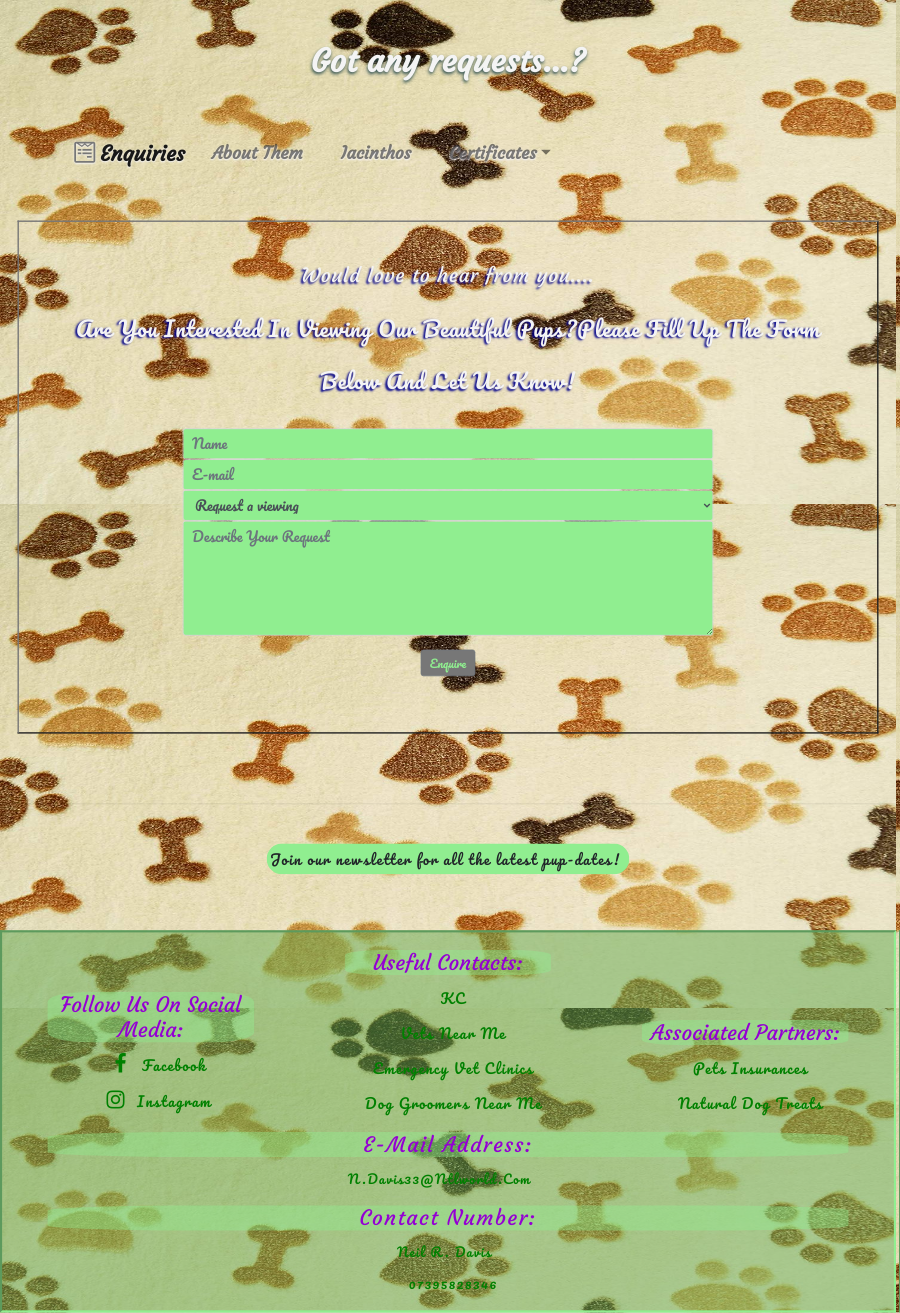
Repository: Code-Institute-Submissions/GeorgiosSklav-Iacinthos-blog
Page: request-form.html
The author's editor kept a record of every edit. The page is drawn from the files as they stood at one moment, then again after the next edit.
The browser window is 1280 px wide. The page is 1285 px wide, so the pictures cover 1285 px, including what lies to the right of the window. The pictures show the whole page, at 70% of full size.
Backgrounds fixed to the window are drawn as part of the page.

Above is the page before.

### request-form.html
<!DOCTYPE html>
<html lang="en">

<head>
    <meta charset="UTF-8">
    <meta name="viewport" content="width=device-width, initial-scale=1.0">
    <meta http-equiv="X-UA-Compatible" content="ie=edge">
    <link rel="stylesheet" href="https://stackpath.bootstrapcdn.com/bootstrap/4.3.1/css/bootstrap.min.css " integrity="sha384-ggOyR0iXCbMQv3Xipma34MD+dH/1fQ784/j6cY/iJTQUOhcWr7x9JvoRxT2MZw1T " crossorigin="anonymous ">
    <title>Iacinthos mini Poodles</title>
    <link rel="stylesheet" href="https://stackpath.bootstrapcdn.com/font-awesome/4.7.0/css/font-awesome.min.css" integrity="sha384-wvfXpqpZZVQGK6TAh5PVlGOfQNHSoD2xbE+QkPxCAFlNEevoEH3Sl0sibVcOQVnN" crossorigin="anonymous">
    <link rel="stylesheet" href="style.css" type="text/css" />
</head>

<body>
    <!--------------------------------------------------------Header-->
    <header class="container">
        <div class="row align-items-start homepage">
            <a href="index.html" class="col-12 logo">
                <h1>Got any requests...?</h1>
            </a>
        </div>
        <nav class="navbar navbar-light navbar-expand-sm">
            <a href="index.html" class="navbar-brand"><i class="fa fa-wpforms"></i>Enquiries</a>
            <button class="navbar-toggler ml-auto" type="button" data-toggle="collapse" data-target="#navbarNavDropdown" aria-controls="Toggle navigation">
            <span class="navbar-toggler-icon"></span></button>
            <div class="collapse navbar-collapse" id="navbarNavDropdown">
                <ul class="navbar-nav mt-auto mt-2 mt-lg-0">
                    <li class="nav-item item2 mr-2"><a class="nav-link" href="about-them.html">About Them</a></li>
                    <li class="nav-item mr-2"><a class="nav-link" href="index.html">Iacinthos</a></li>
                    <li class="nav-item dropdown">
                        <div class="nav-link dropdown-toggle" id="navbarDropdownMenuLink" role="button" data-toggle="dropdown" aria-haspopup="true" aria-expanded="false">
                            Certificates</div>
                        <div class="dropdown-menu" aria-labelledby="navbarDropdownMenuLink">
                            <a class="dropdown-item" href="certificate.html"><i class="fa fa-download"></i>Kennel Club</a>
                            <a class="dropdown-item" href="lineage.html"><i class="fa fa-download"></i>Blood-Lineage</a>
                        </div>
                    </li>
                </ul>
            </div>
        </nav>
    </header>
    <!----------------------------------------main-body-->
    <main>
        <div class="jumbotron-fluid about" id="frame">
            <section class="container-fluid">
                <div class="row about">
                    <div class="col">
                        <h3 class="about-title contact-heading text-center">Would love to hear from you....</h3>
                        <p class="contact capitalise">Are you interested in viewing our beautiful pups?Please fill up the form below and let us know!</p>
                        <div class="center-form">
                            <form>
                                <input type="text" name="name" id="fullname" class="form-control" placeholder="Name" required/>
                                <input type="email" name="email" id="emailaddress" class="form-control" placeholder="E-mail" required/>
                                <select class="form-control control">
                                    <option>Request a viewing</option>
                                    <option>Litter enquiries</option>
                                    <option>Other</option>
                                    </select>
                                <textarea rows="5" name="projectsummary" id="projectsummary" class="form-control" placeholder="Describe Your Request" required></textarea>
                                <div class="form-row text-center">
                                    <div class="col">
                                        <button type="submit" class="btn btn-secondary">Enquire</button>
                                    </div>
                                </div>
                            </form>
                        </div>
                    </div>
            </section>
            </div>
            <hr>
            <!------------------------------------------------ Modal -->
            <button type="button" class="btn btn-color" data-toggle="modal" data-target="#exampleModal">
  Join our newsletter for all the latest pup-dates!
</button>
            <div class="modal fade" id="exampleModal" tabindex="-1" role="dialog" aria-labelledby="exampleModalLabel" aria-hidden="true">
                <div class="modal-dialog" role="document">
                    <div class="modal-content">
                        <div class="modal-header">
                            <h5 class="modal-title" id="exampleModalLabel">Join our family with a flick of your paw!</h5>
                            <button type="button" class="close" data-dismiss="modal" aria-label="Close">
                     <span aria-hidden="true">&times;</span>
        </button>
                        </div>
                        <div class="modal-body">
                            <form class="modal-newsletter">
                                <div class="form-group ">
                                    <input type="email" class="form-control" id="InputEmail2" aria-describedby="emailHelp" placeholder="Your Woof-mail....">
                                </div>
                                <div class="form-group">
                                    <input type="password" class="form-control" id="InputPassword2" placeholder="....and a Woof-password">
                                </div>
                                <div class="form-group form-check">
                                    <input type="checkbox" class="form-check-input" id="exampleCheck1">
                                    <label class="form-check-label" for="Check1">Remember me</label>
                                </div>
                            </form>
                        </div>
                        <div class="modal-footer">
                            <button type="button" class="btn btn-danger" data-dismiss="modal">Close</button>
                            <button type="button" class="btn btn-info">Subscribe</button>
                        </div>
                    </div>
                </div>
            </div>
    </main>

    <!--------------------------------------------------footer-->

    <footer class="container-fluid footer">
        <div class="row align-items-end">
            <div class="col-12 col-md-3 col-lg-3">
                <h4 class="social-title capitalise">Follow us on social media:</h4>
                <ul class="social-links">
                    <li>
                        <a target="_blank" href="https://www.facebook.com/neil.davis.9862">
                            <i class="fa fa-facebook"></i>
                            <span>Facebook</span>
                        </a>
                    </li>
                    <li>
                        <a target="_blank" href="https://instagram.com/neilr.davis?igshid=wmi0mqp5d2se">
                            <i class="fa fa-instagram"></i>
                            <span>Instagram</span>
                        </a>
                    </li>
                </ul>
            </div>
            <div class="col-12 col-md-3 col-lg-3">
                <h4 class="social-title capitalise">Useful contacts:</h4>
                <ul class="social-links">
                    <li>
                        <a target="_blank" href="https://www.thekennelclub.org.uk/">
                            <span class="capitalise">KC</span>
                        </a>
                    </li>
                    <li>
                        <a target="_blank" href="https://www.google.com/search?q=vet+near+me&oq=vet+near&aqs=chrome.0.0j69i57j0l4.4119j0j7&sourceid=chrome&ie=UTF-8">
                            <span class="capitalise">Vets near me</span>
                        </a>
                    </li>
                    <li>
                        <a target="_blank" href="https://www.google.com/search?q=emergency+vet+clinic+near+me&oq=emergency+vet&aqs=chrome.4.69i57j0l5.15430j0j7&sourceid=chrome&ie=UTF-8">
                            <span class="capitalise">Emergency vet clinics</span>
                        </a>
                    </li>
                    <li>
                        <a target="_blank" href="https://www.google.com/search?q=dog+groomer+near+me&oq=dog+groomer&aqs=chrome.1.69i57j0l5.4790j0j7&sourceid=chrome&ie=UTF-8">
                            <span class="capitalise">Dog groomers near me</span>
                        </a>
                    </li>
                </ul>
            </div>
            <div class="col-12 col-md-3 col-lg-3">
                <h4 class="social-title capitalise">Associated partners:</h4>
                <ul class="social-links">
                    <li>
                        <a target="_blank" href="https://www.google.com/search?q=pet+insurance+near+me&oq=pet+ins&aqs=chrome.2.0j69i57j0l4.6094j0j7&sourceid=chrome&ie=UTF-8">
                            <span class="capitalise">pets insurances</span>
                        </a>
                    </li>
                    <li>
                        <a target="_blank" href="https://www.doglistener.co.uk/catalog/natural-dog-treats-0">
                            <span class="capitalise">natural dog treats</span>
                        </a>
                    </li>
                </ul>
            </div>
            <div class="col-12 col-md-3 col-lg-3 contacts">
                <h4 class="social-title capitalise">e-mail address:</h4>
                <p class="capitalise social-links">
                    n.davis33@ntlworld.com
                </p>
                <h4 class="social-title capitalise">Contact number:</h4>
                <ul class="social-links">
                    <li class="social-links capitalise">
                        neil r. davis
                    </li>
                    <li class="capitalise">
                        07395828346
                    </li>
                </ul>
            </div>
        </div>
    </footer>

    <script src="https://code.jquery.com/jquery-3.3.1.slim.min.js" integrity="sha384-q8i/X+965DzO0rT7abK41JStQIAqVgRVzpbzo5smXKp4YfRvH+8abtTE1Pi6jizo" crossorigin="anonymous"></script>
    <script src="https://cdnjs.cloudflare.com/ajax/libs/popper.js/1.14.7/umd/popper.min.js" integrity="sha384-UO2eT0CpHqdSJQ6hJty5KVphtPhzWj9WO1clHTMGa3JDZwrnQq4sF86dIHNDz0W1" crossorigin="anonymous"></script>
    <script src="https://stackpath.bootstrapcdn.com/bootstrap/4.3.1/js/bootstrap.min.js" integrity="sha384-JjSmVgyd0p3pXB1rRibZUAYoIIy6OrQ6VrjIEaFf/nJGzIxFDsf4x0xIM+B07jRM" crossorigin="anonymous"></script>
</body>

</html>

### style.css
@import url('https://fonts.googleapis.com/css?family=Courgette:100,200,300,400,500,600,700|Pacifico:100,200,300,400,500,600,700');

/*------------------------------------------------body background*/

body {
    background-image: url("./Media/footprints.jpg");
    background-size: 100%;
    background-attachment: fixed;
    line-height: 2.5;
    text-align: center;
}

h1 {
    font-family: "Courgette", sans-serif;
    font-weight: 700;
    font-size: 45px;
    color: #f4f4f4;
    text-shadow: -1px 2px 5px #2f4f4f;
    margin-top: 35px;
    margin-bottom: 5px;
    padding-top: 25px;
}

.heading {
    margin: 25px;
}

.capitalise {
    text-transform: capitalize;
}

/*------------------------------------------------Navbar*/

.navbar {
    word-wrap: normal;
    margin-top: 50px;
    margin-bottom: 25px;
}

.navbar-light {
    font-family: 'Courgette', sans-serif;
    font-weight: 600;
    font-size: 25px;
    color: #00008b;
    text-shadow: 0px 2px 3px #f8f8ff;

}

.nav-link {
    margin-right: 15px;
    margin-left: 15px;
}

.nav-link:hover {
    background-color: #90ee90;
    border-radius: 50%;
}

.dropdown-menu {
    background-color: #90ee90;
    font-weight: 600;
    font-size: 20px;
    border-radius: 10%;
    margin: 0;
    padding: 2px;
}

.dropdown-menu ul li:hover {
    background-color: #777;
}

.ml-auto {
    background-color: #90ee90;
}

.navbar i {
    font-size: 35px;
    padding-top: 0;
    padding-bottom: 5px;
    padding-right: 2px;
    margin: 5px;
    color: #777;
}

.navbar-brand {
    font-size: 30px;

}

.navbar-brand:hover {
    background-color: #90ee90;
    border-radius: 50%;
}

.fa-download {
    margin-right: 2px;
    margin-left: 2px;
}

.fa-download:hover {
    color: #90ee90;
}

/*------------------------------------------Media queries*/

@media (max-width: 300px) {
    .ml-auto:hover {
        background-color: #777;
    }
    .dropdown-item:hover {
        background-color: #777;

    }
    #navbarNavDropdown {
        background-color: #777;
    }

    #navbarNavDropdown ul li:hover {
        background-color: #90ee90;
    }
    .social-links,
    .social-title {
        font-size: 30px;
    }
}

@media (max-width: 3800px) {
    .dropdown-menu {
        background-color: #90ee90;
        color: #777;
    }
    .dropdown-item:hover {
        background-color: #777;
        color: #90ee90;
    }

    .col-lg-3 {
        flex: 30%;
        max-width: 100%;
    }
}

/*------------------------------------------------Homepage*/

.homepage a {
    text-decoration: none;
    height: 100%;
}

.introduction {
    height: 90%;
    width: 90%;
}


.img-50 {
    margin-left: 25px;
    width: 100%;
    float: none;
    border-style: groove;
    border-radius: 50%;
}

/*--------------------------------------------texts,p*/

.container-title {
    text-align: center;
    margin: 35px;
    font-family: "Courgette", sans-serif;
    color: #00ffff;
    text-shadow: -1px 2px 5px #2f4f4f;
}

.container-title i {
    font-size: 30px;
    padding: 15px;
    margin: 15px;
}

.dog-name {
    font-family: "Courgette", sans-serif;
    font-weight: 700;
    font-size: 32px;
    margin-left: 25px;
    text-shadow: -3px 2px 5px #191970;
}

/*----------------------------------------about us section*/

.about {
    margin: 25px;
    font-family: "Pacifico", sans-serif;
    font-size: 30px;
    letter-spacing: 1px;
    color: #f4f4f4;;
    text-shadow: -3px 2px 3px #00008b;
}#f8f8ff

.about .about-title {
    color: #ffefd5;
    text-shadow: -3px 2px 20px #750909;
}

#frame {
    border: 2px outset #777;
    font-size: 25px;
    margin-top: 45px;
    margin-bottom: 100px;
    padding: 10px;
    font-weight: lighter;
}

/*----------------------------------------newsletter button*/

.btn-color {
    background-color: #90ee90;
    font-family: "Pacifico", sans-serif;
    font-size: 20px;
    letter-spacing: 2px;
    margin: 40px 25px;
    padding-left: 4px;
    border-radius: 50px;
}

.btn-color:hover {
    color: #90ee90;
    background-color: #777;
}

/*----------------------------------------Modal styling*/

.modal-title {
    font-family: "Pacifico", sans-serif;
    font-size: 25px;
    margin: 10px 5px;
}

.modal-content {
    background-color: #90ee90;
    text-shadow: -3px 2px 0.5px #ffefd5;
    color: #777;
}

.modal-footer .btn-danger,
.btn-info {
    margin-right: 20px;
}

.modal-body {
    padding: 0 15px 0 15px;
    top: 5px;
    bottom: 0;
    margin-top: 10px;
}


/*----------------------------------------footer*/

.footer {
    display: inline-block;
    border: 3px inset #90ee90;
    background-color: rgba(100, 170, 80, .5);
    padding-top: 25px;
    margin: 40px 5px 0px 0px;
    text-align: center;
}

.contacts .social-title {
    text-transform: capitalize;
    text-decoration: none;
    font-family: "Courgette", sans-serif;
    font-size: 30px;
    font-weight: 400;
    letter-spacing: 2px;
    color: #9400d3;
}

.social-links {
    list-style: none;
    padding-right: 25px;
    font-family: "Pacifico", sans-serif;
    color: #008000;
    font-size: 18px;
    font-weight: 400;
    letter-spacing: 2px;
}

.social-links li a {
    text-decoration: none;
    font-family: "Pacifico", sans-serif;
    font-size: 20px;
    font-weight: 400;
    letter-spacing: 2px;
    color: #008000;
}

.social-links li a:hover {
    background-color: #777;
    color: #90ee90;
    border-radius: 30%;
}

.social-links li i {
    font-size: 30px;
    height: 45px;
    width: 45px;
}

.social-title {
    word-break: keep-all;
    margin-left: 50px;
    margin-right: 50px;
    font-size: 30px;
    font-family: "Courgette", sans-serif;
    color: #9400d3;
    border-radius: 20%;
    background-color: rgba(144, 238, 144, 0.4);
}

.contact-heading {
    font-family: "Courgette", sans-serif;
    font-weight: 300;
    margin-top: 25px;
    margin-bottom: 20px;
}

.form-control {
    font-size: 20px;
    background-color: #90ee90;
}

.control {
    background-color: #90ee90;
}

.center-form {
    padding: 15px 5px 10px;
    margin: 15px auto;
    max-width: 70%;
}

button[type="submit"] {
    margin-bottom: 20px;
    margin-top: 13px;
    color: #90ee90;
    background-color: #777;
}

button[type="submit"]:hover {
    background-color: #90ee90;
    color: #777;
}

After the next edit:
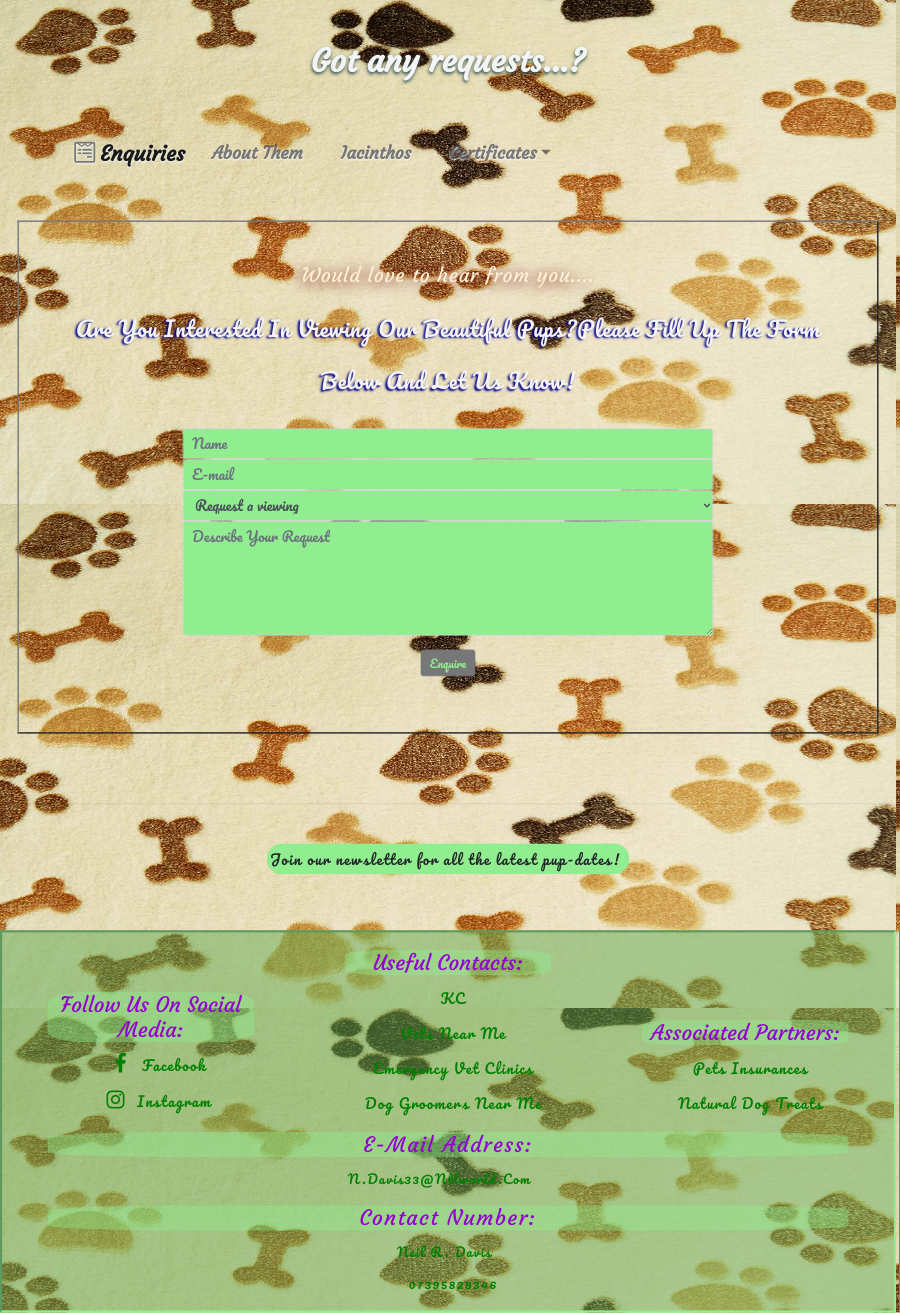
The edit:
--- a/style.css
+++ b/style.css
@@ -194,7 +194,7 @@
     letter-spacing: 1px;
     color: #f4f4f4;;
     text-shadow: -3px 2px 3px #00008b;
-}#f8f8ff
+}
 
 .about .about-title {
     color: #ffefd5;
